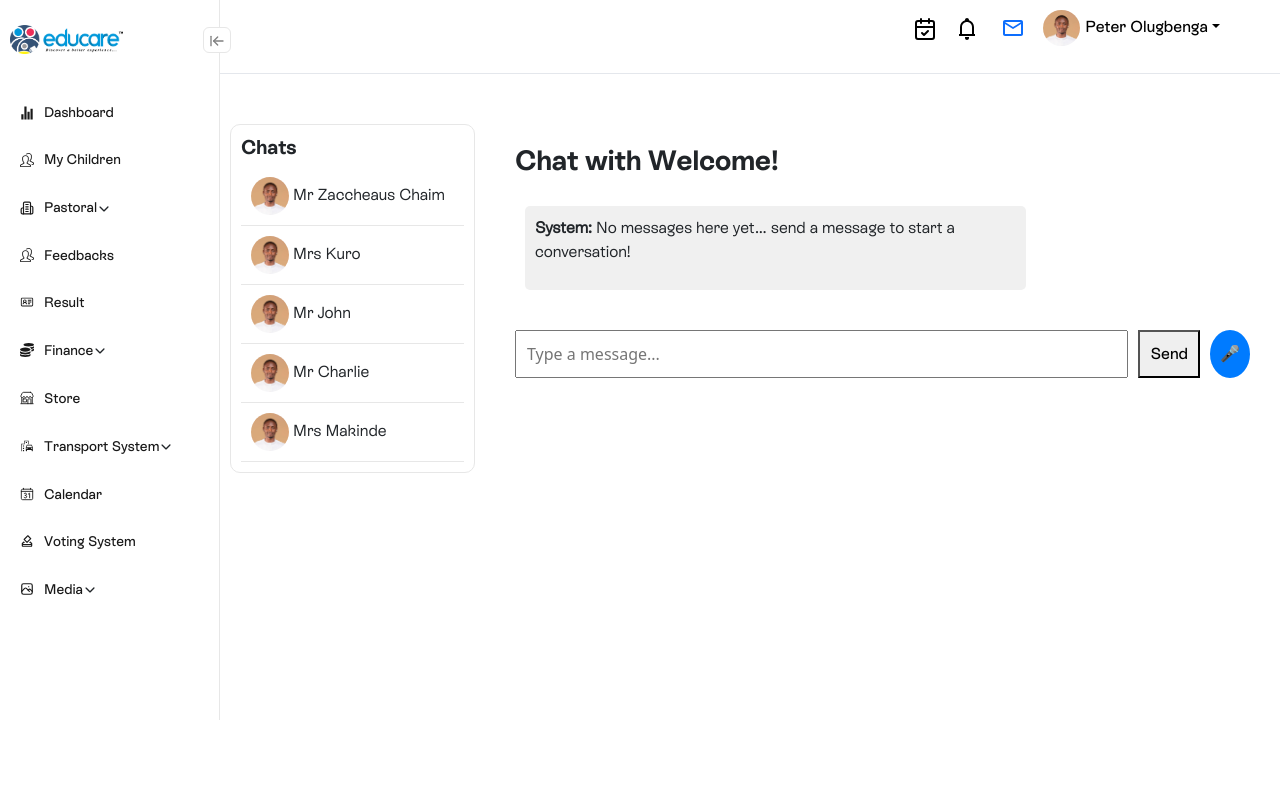
Repository: sarahnnanyelugo/educare-dashboards
Page: /chat-interface
The author's editor kept a copy of each file at every save. The page is drawn from the files as they stood at one save, then again after the next save.
The browser window is 1280 px wide. The pictures show the whole page.
The project was rebuilt for these pictures with package versions that can differ from the ones it lists, and the page was loaded fresh each time. Also part of the build but not shown: src/Dashboards/Parents/Feedbacks/feedbacks.scss, src/components/AppTable/table.scss, src/components/AppTable/AppTable.js, src/Utils/DataUtils.js, src/components/Select/select.scss, src/components/Select/Select.js, src/components/Search/search.scss, src/components/Search/Search.js and 50 more.

Above is the page before, as saved 2024-11-27 12:48:12.

After the next save:
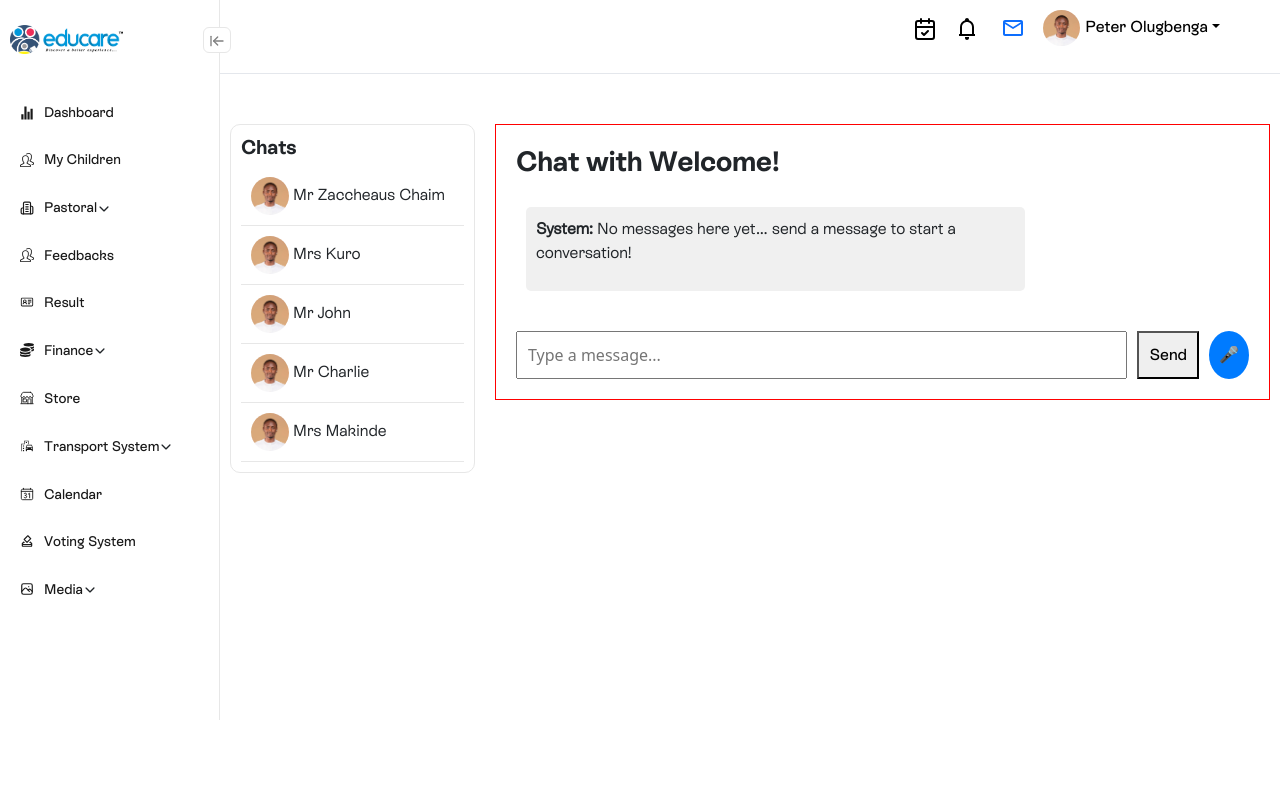
Saved 22 s later.
--- a/src/components/TopNav/ChatInterface/chat.scss
+++ b/src/components/TopNav/ChatInterface/chat.scss
@@ -40,6 +40,7 @@
   display: flex;
   flex-direction: column;
   margin-top: 40px;
+  border: solid 1px red;
 }
 
 .message-list {

After the save that followed:
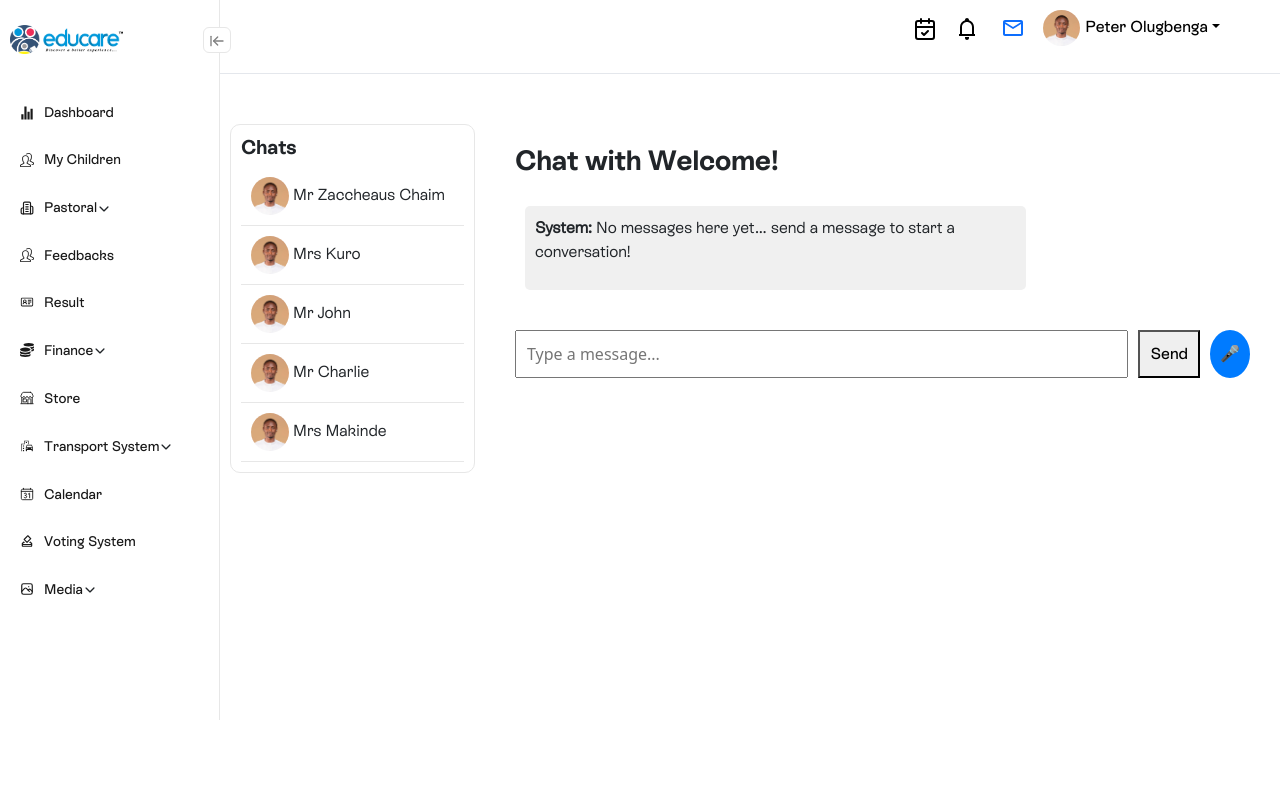
Saved 7 s later.
--- a/src/components/TopNav/ChatInterface/chat.scss
+++ b/src/components/TopNav/ChatInterface/chat.scss
@@ -40,7 +40,6 @@
   display: flex;
   flex-direction: column;
   margin-top: 40px;
-  border: solid 1px red;
 }
 
 .message-list {
